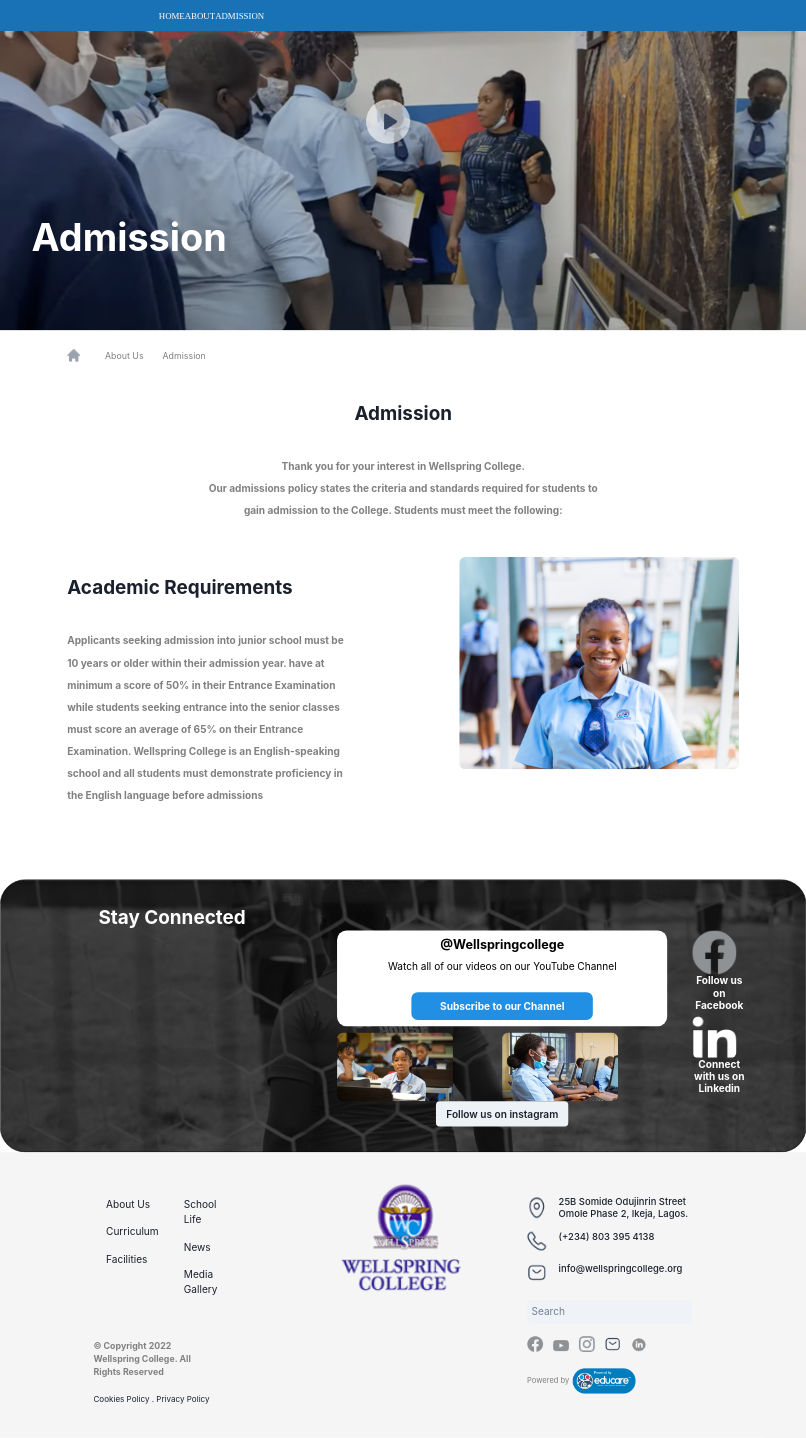
Repository: gr8skills/wellspring-school-forked
Page: /admission
These files come from the project's save history. The page is drawn as it stood at one moment and after the next save; the edit follows.
The browser window is 1280 px wide. The pictures show the whole page, at 63% of full size.
The project was rebuilt for these pictures with package versions that can differ from the ones it lists, and the page was loaded fresh each time. Also part of the build but not shown: src/components/Navbar/Dropdown.scss, src/components/Navbar/Dropdown.js, src/components/Testimonials/Testimonials.js, src/components/Calendar/Calendar.js, src/components/News/News.js, src/components/WhyWellspring/_why-wellspring.scss, src/components/WhyWellspring/WhyWellspring.js, src/components/AppTab/AppTab.js and 9 more.

Above is the page before, as saved 2022-12-06 19:07:30.

After the next save:
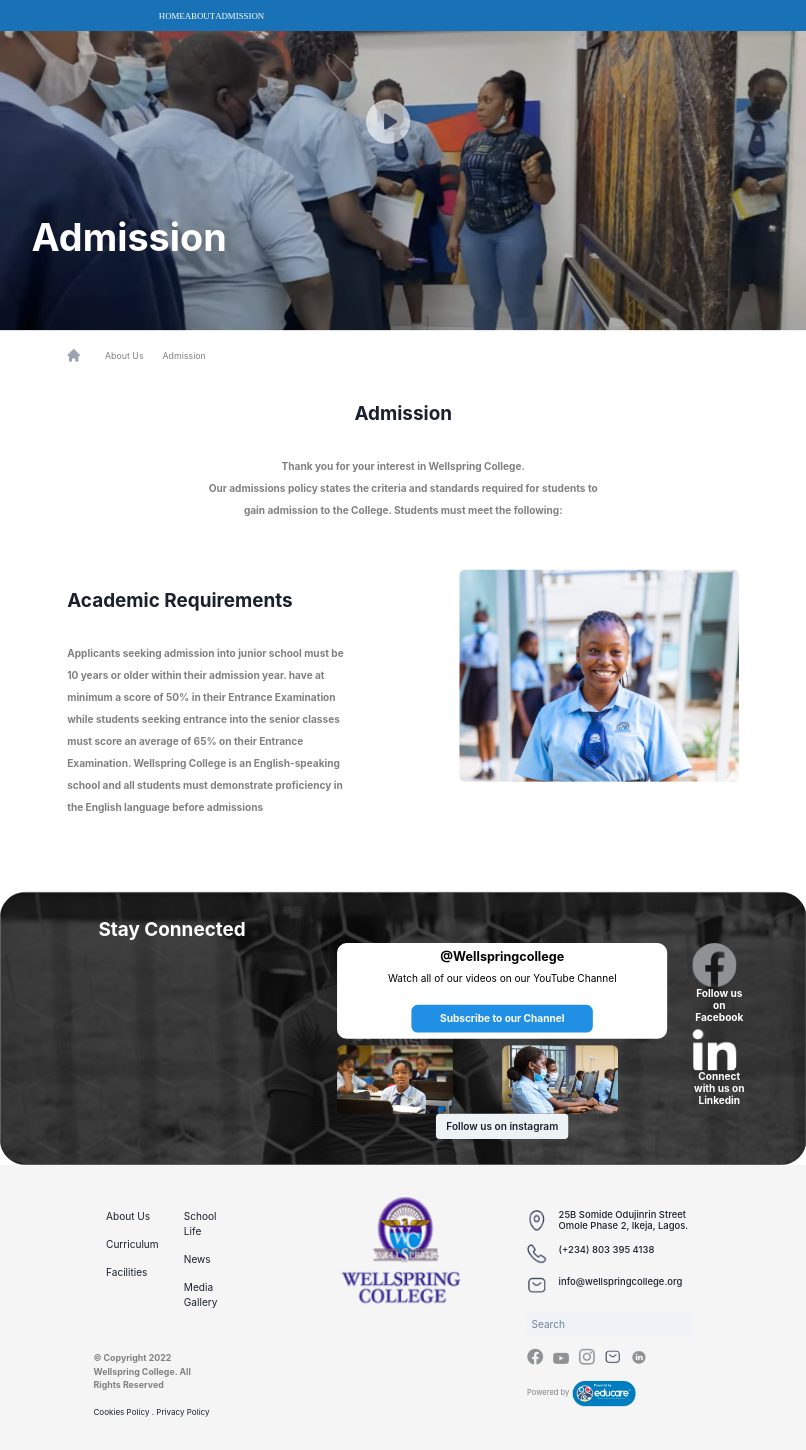
Saved 6 s later.
--- a/src/pages/Admission/Admission.js
+++ b/src/pages/Admission/Admission.js
@@ -44,7 +44,7 @@
           </p>
         </div>
       </div>
-      <div className="col-md-12 flexy mt4">
+      <div className="col-md-12 flexy mt6">
         <div className="col-md-1">&nbsp;</div>
         <div className="col-md-10 flexy">
           <div className="page-body col-md-5 ">
